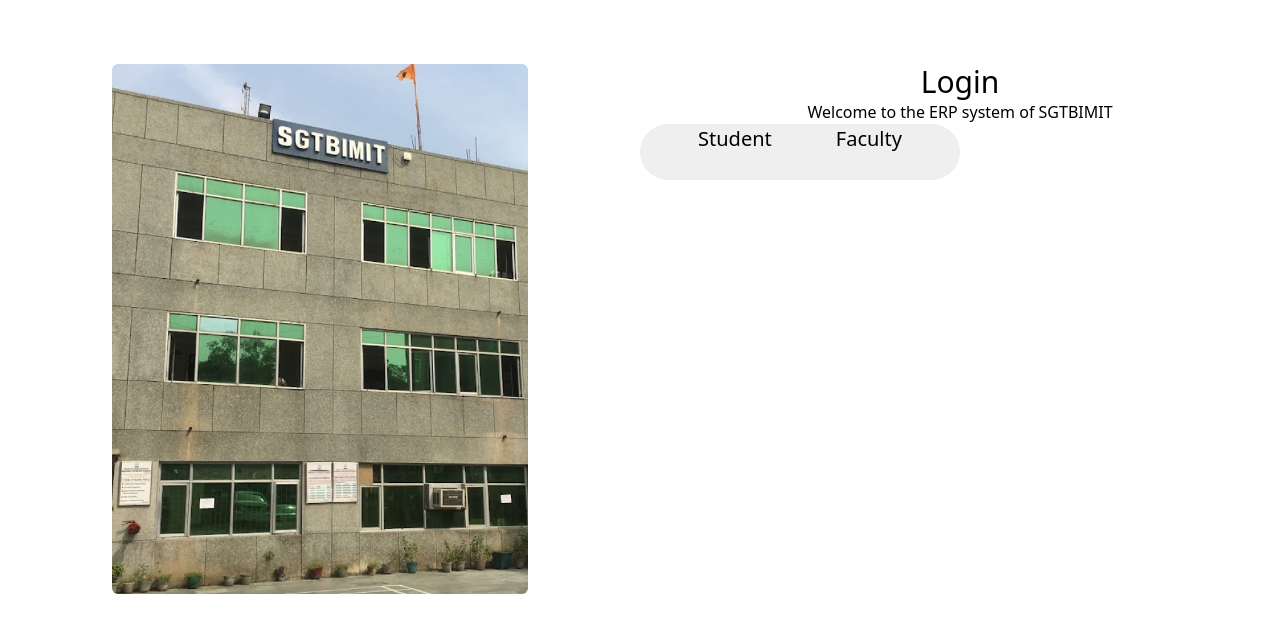
Repository: SehajBindra/SGTBIMIT-ERP-Client
Page: /StudentLogin
These files come from the project's save history. The page is drawn as it stood at one moment and after the next save; the edit follows.
The browser window is 1280 px wide. The pictures show the whole page.
The project was rebuilt for these pictures with package versions that can differ from the ones it lists, and the page was loaded fresh each time. Also part of the build but not shown: src/LOGIN/Login.js, src/LOGIN/FACULTY/FacultyLogin.js, src/STUDENT_PAGE/StuBody.js, src/STUDENT_PAGE/StuSidebar.js, src/STUDENT_PAGE/StuHeader.js, src/STUDENT_PAGE/StudentHome.js, src/FACULTY_PAGE/FacBody.js, src/FACULTY_PAGE/FacHeader.js and 2 more.

Above is the page before, as saved 2023-05-14 15:41:34.

After the next save:
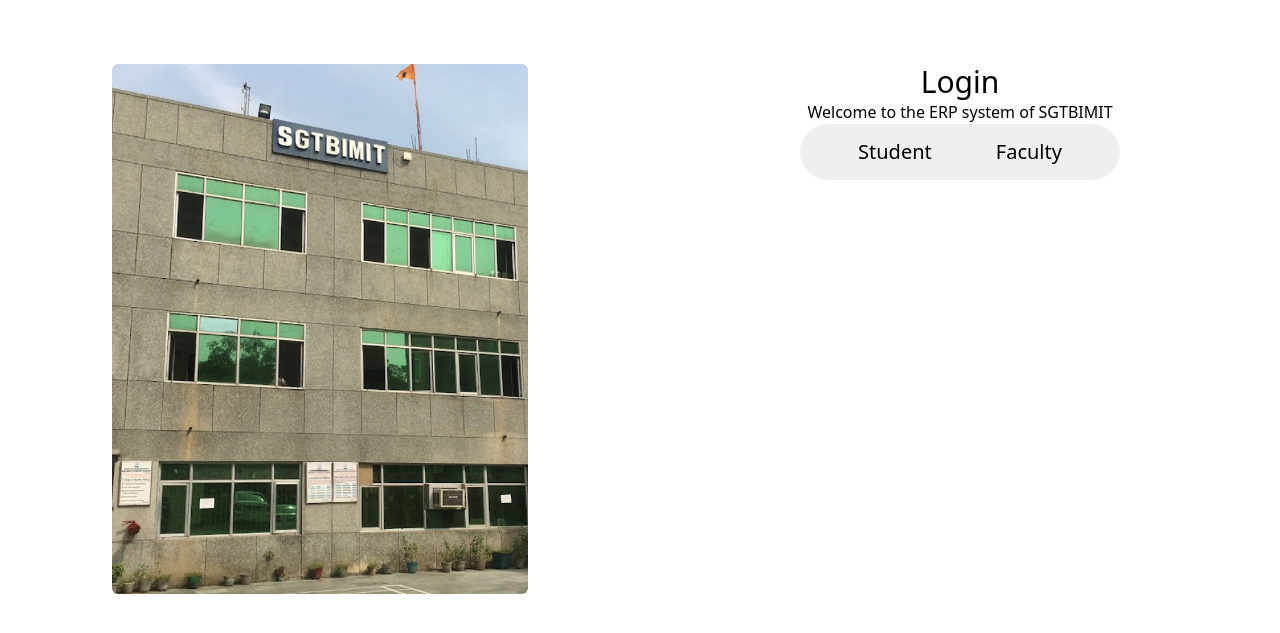
Saved 13 s later.
--- a/src/LOGIN/STUDENT/StudentLogin.js
+++ b/src/LOGIN/STUDENT/StudentLogin.js
@@ -29,7 +29,7 @@
         <h2 className="text-3xl">Login</h2>
         <p>Welcome to the ERP system of SGTBIMIT</p>
 
-        <div className="flex flex-row justify-center h-[56px] bg-[#EEEE] max-w-xs  space-x-16 capitalize text-[20px] rounded-[32px]">
+        <div className="flex flex-row items-center mx-auto justify-center h-[56px] bg-[#EEEE] max-w-xs  space-x-16 capitalize text-[20px] rounded-[32px]">
           <p>student</p>
           <p>faculty</p>
         </div>
